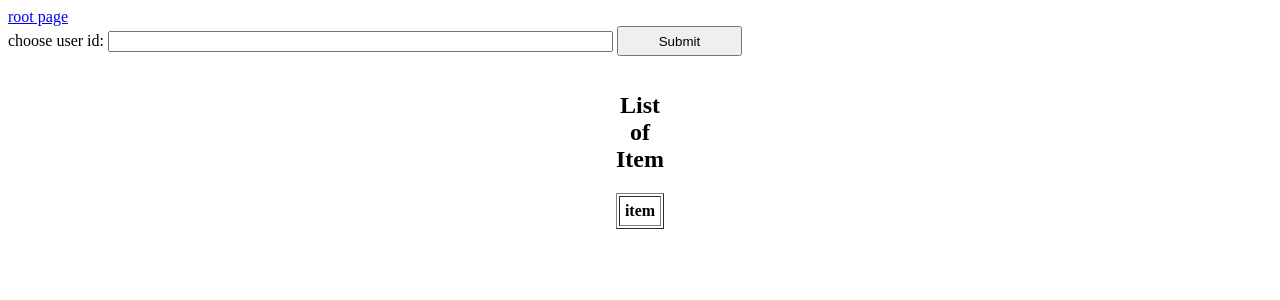
Repository: HamdanM/DatabaseProject
Page: http://localhost/DB3/Displaynum3.jsp
These files come from the project's save history. The page is drawn as it stood at one moment and after the next save; the edit follows.
The browser window is 1280 px wide. The pictures show the whole page.
The page is served by Tomcat 9. Nobody is signed in. The application's start-up code is not run. Other server files are loaded and not shown.

Above is the page before, as saved 2019-07-27 23:13:37.

### DB3/WebContent/Displaynum3.jsp
<%@ page language="java" contentType="text/html; charset=ISO-8859-1"
    pageEncoding="ISO-8859-1"%>
  <%@ taglib prefix="c" uri="http://java.sun.com/jsp/jstl/core" %>
<!DOCTYPE html PUBLIC "-//W3C//DTD HTML 4.01 Transitional//EN" "http://www.w3.org/TR/html4/loose.dtd">
<html>
<head>
<meta charset="UTF-8">
<title>Online Store</title>
</head>
<body>

<a href="root.jsp">root page</a>

<form action="problemthree" method="post">
        <input type="hidden" name="action"" >
        <label>choose user id: <input
                    type="text" name="userid"
                    size="60" maxlength="70" />

          <input style="height:30px;width:125px" type="submit" name="submit" value="Submit" />

            </label></p>
 </form>



  <div align="center">
        <table border="1" cellpadding="5">
            <caption><h2>List of Item</h2></caption>
            <tr>

                <th>item</th>



            </tr>
            <c:forEach var="us" items="${usersList}">
                <tr>

                    <td><c:out value="${us.getUser_UserID()}" /></td>



                </tr>
            </c:forEach>
        </table>
    </div>

</body>
</html>

After the next save:
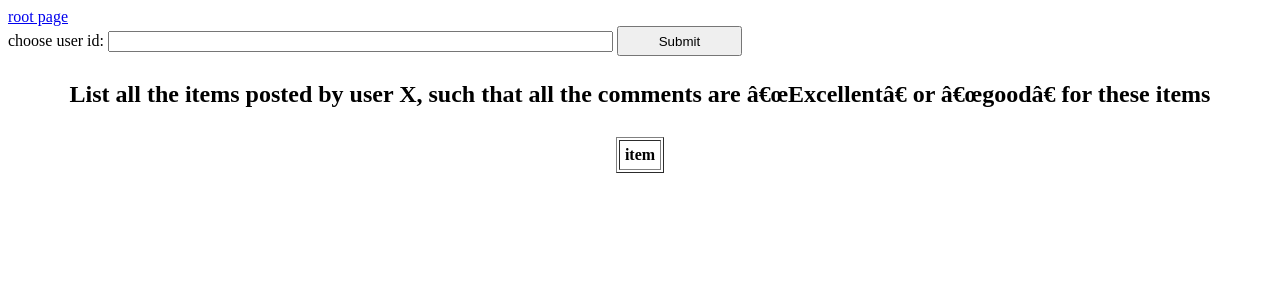
Saved 48 s later.
--- a/DB3/WebContent/Displaynum3.jsp
+++ b/DB3/WebContent/Displaynum3.jsp
@@ -26,7 +26,7 @@
 
   <div align="center">
         <table border="1" cellpadding="5">
-            <caption><h2>List of Item</h2></caption>
+            <h2>List all the items posted by user X, such that all the comments are “Excellent” or “good” for these items</h2>
             <tr>
 
                 <th>item</th>
